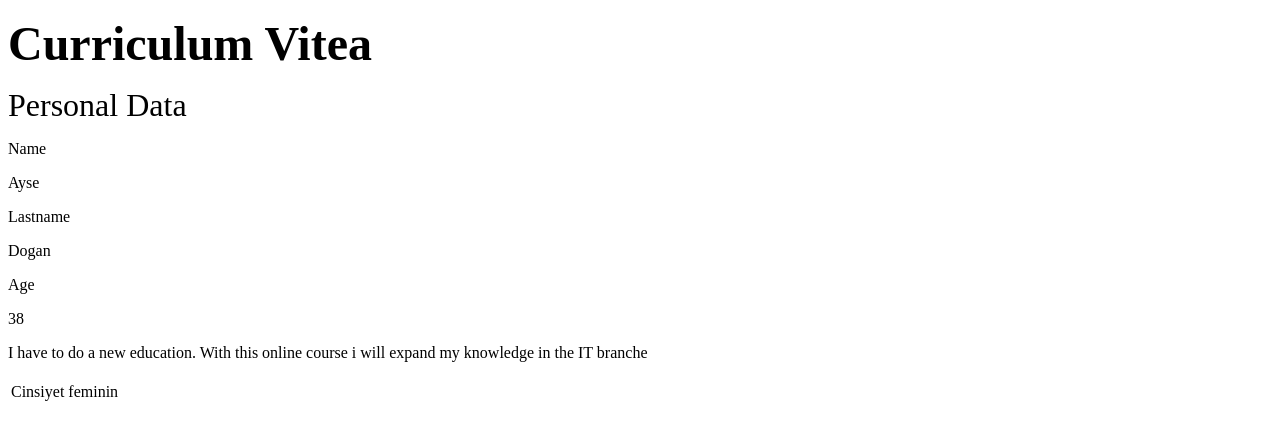
Repository: aysedo/html
Page: Week_2/profile/index.html
These files come from the project's save history. The page is drawn as it stood at one moment and after the next save; the edit follows.
The browser window is 1280 px wide. The pictures show the whole page.

Above is the page before, as saved 2021-08-25 21:12:41.

### Week_2/profile/index.html
<!DOCTYPE html>
<html lang="en">
  <head>
    <meta charset="UTF-8" />
    <meta http-equiv="X-UA-Compatible" content="IE=edge" />
    <meta name="viewport" content="width=device-width, initial-scale=1.0" />
    <title>Document</title>
  </head>
  <body>
    <titel>
      <p align="center" ></p><b><font size="11">Curriculum Vitea </font></b></p></titel>
      <p> <font size="6">Personal Data</font></p>
      <table>
        <tr>
          <p> Name </p>
          <p> Ayse </p>
          <p> Lastname </p>
          <p> Dogan </p>
          <p> Age </p>
          <p> 38 </p>
          <tr>
          <td>Cinsiyet</td>
          <td>feminin</td>
          <tr/>
          <p>I have to do a new education. With this online course i will expand my knowledge in the IT branche</p>

          <address> </address>
        </tr>
      </table>

  </body>
</html>

After the next save:
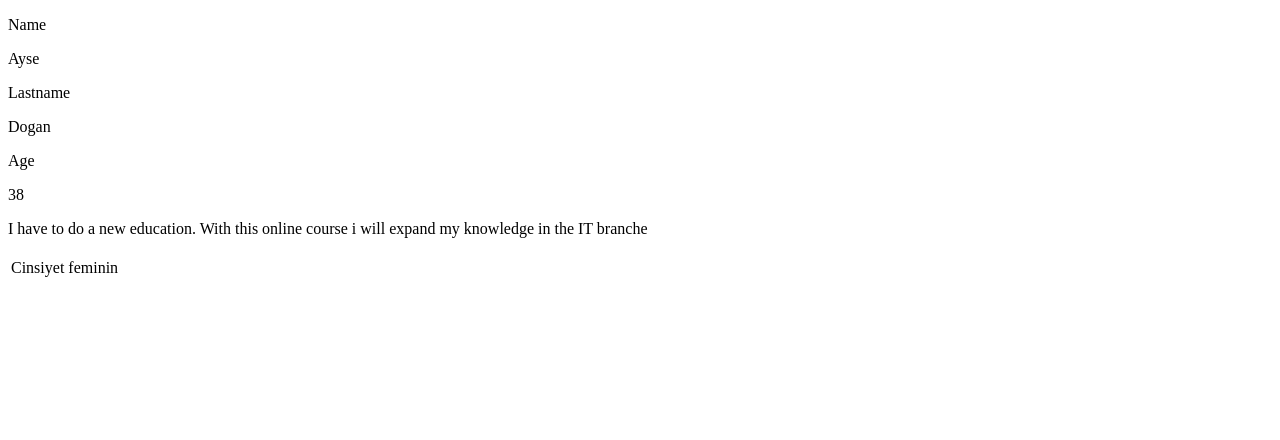
Saved 38 min 45 s later.
--- a/Week_2/profile/index.html
+++ b/Week_2/profile/index.html
@@ -8,8 +8,6 @@
   </head>
   <body>
     <titel>
-      <p align="center" ></p><b><font size="11">Curriculum Vitea </font></b></p></titel>
-      <p> <font size="6">Personal Data</font></p>
       <table>
         <tr>
           <p> Name </p>
